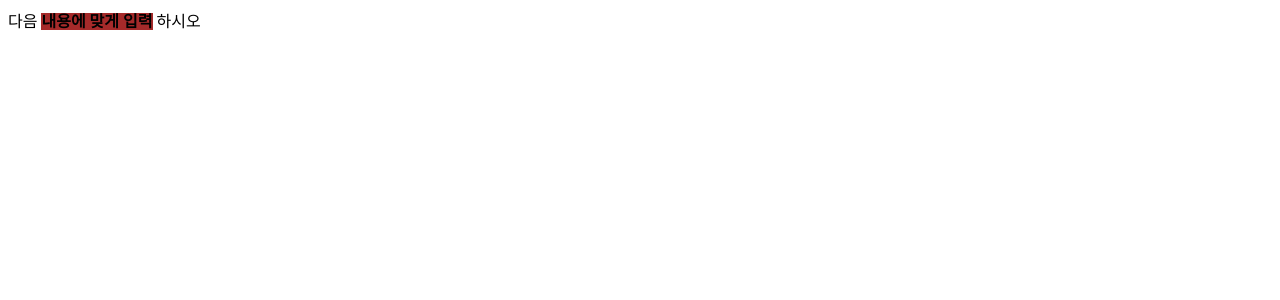
Repository: basstpgns/20201029html
Page: jsp/html/quiz03.html
These files come from the project's save history. The page is drawn as it stood at one moment and after the next save; the edit follows.
The browser window is 1280 px wide. The pictures show the whole page.

Above is the page before, as saved 2020-10-30 02:03:19.

### jsp/html/quiz03.html
<!DOCTYPE html>
<html>
<head>
<meta charset="UTF-8">
<title>Insert title here</title>
</head>
<body>
	다음
	<span style="background-color: brown;"><b>내용에 맞게 입력</b></span>
	하시오
</body>
</html>

After the next save:
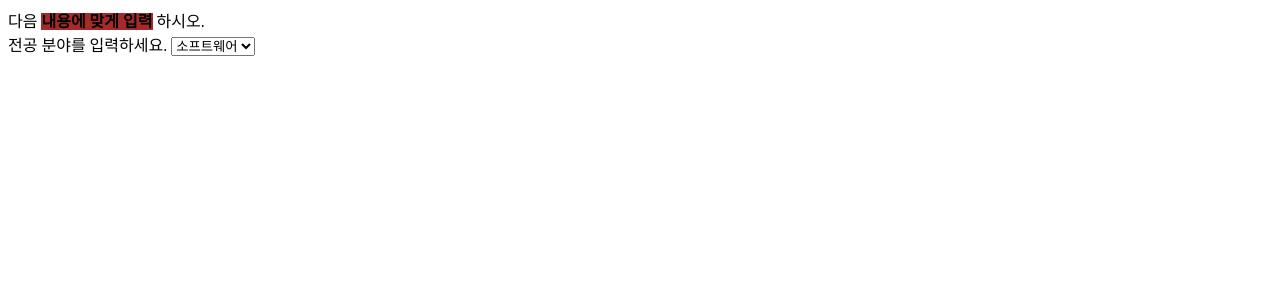
Saved 76 s later.
--- a/jsp/html/quiz03.html
+++ b/jsp/html/quiz03.html
@@ -7,6 +7,12 @@
 <body>
 	다음
 	<span style="background-color: brown;"><b>내용에 맞게 입력</b></span>
-	하시오
+	하시오.<br>
+	전공 분야를 입력하세요.
+	<select>
+		<option>소프트웨어</option>
+		<option>하드웨어</option>
+		<option>백수</option>
+	</select>
 </body>
 </html>
